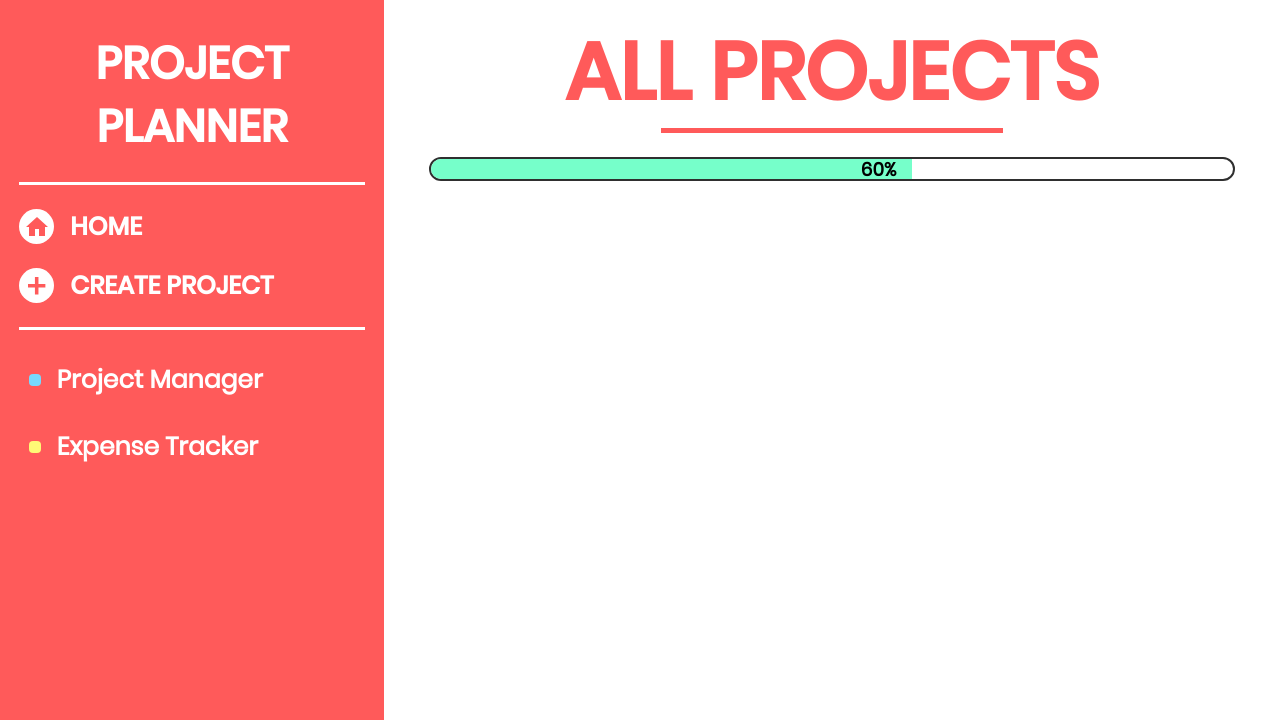
Repository: AzharMoosa/project-manager
Page: /
The author's editor kept a copy of each file at every save. The page is drawn from the files as they stood at one save, then again after the next save.
The browser window is 1280 px wide. The pictures show the whole page.
The project was rebuilt for these pictures with package versions that can differ from the ones it lists, and the page was loaded fresh each time.

Above is the page before, as saved 2020-06-22 10:58:40.

After the next save:
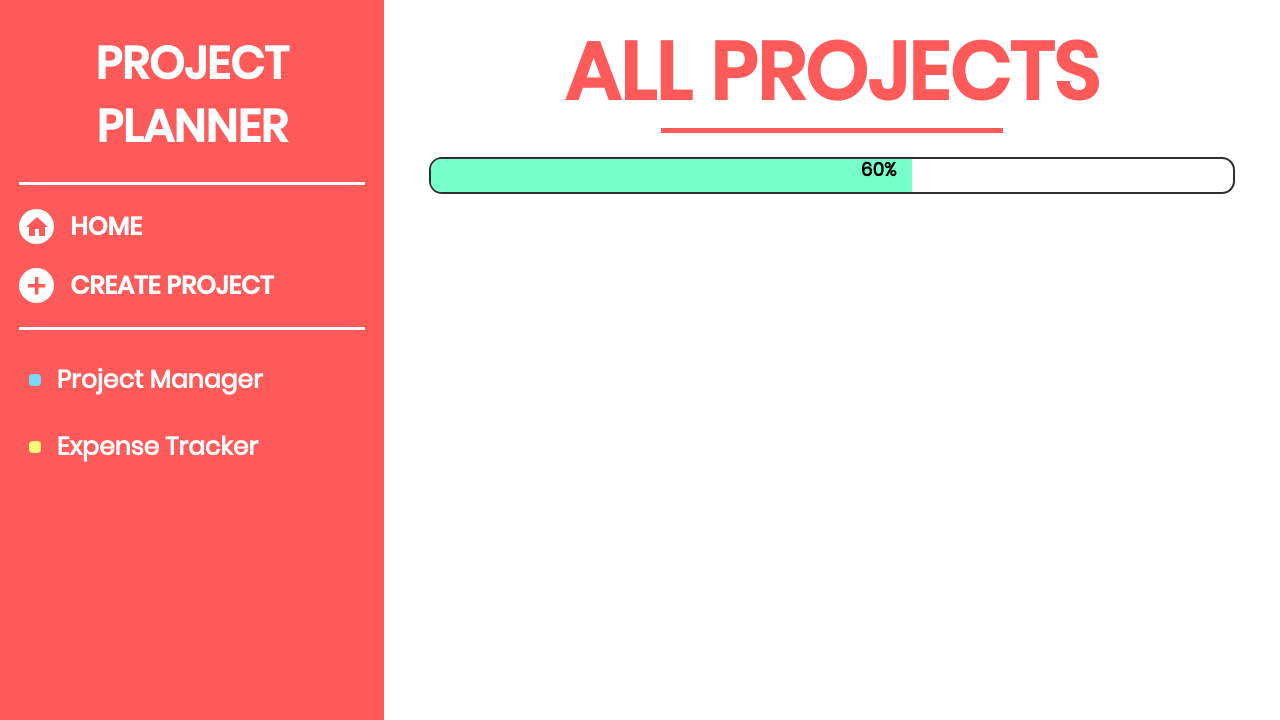
Saved 17 s later.
--- a/src/App.css
+++ b/src/App.css
@@ -168,7 +168,7 @@ body {
 .progressbar > div {
   background-color: var(--green);
   width: 60%;
-  height: 20px;
+  height: 33px;
   border-radius: 10px 0 0 10px;
 }
 
